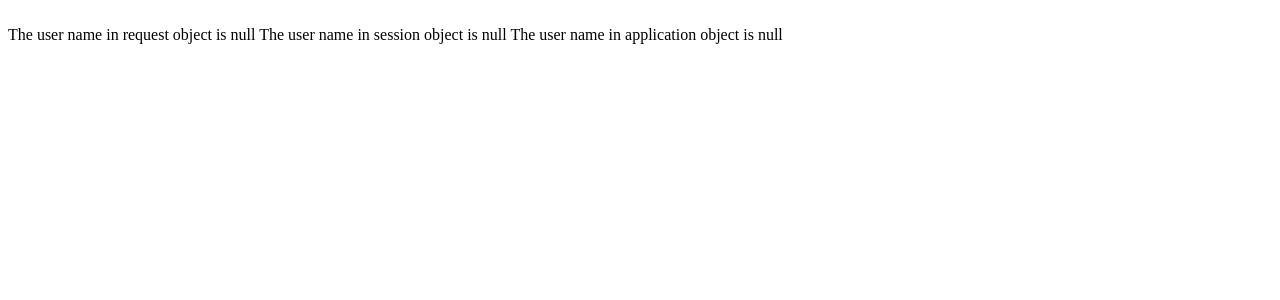
Repository: SriMerla/ServletsAndJsps
Page: http://localhost/SimpleServletProject/objects.jsp
The author's editor kept a copy of each file at every save. The page is drawn from the files as they stood at one save, then again after the next save.
The browser window is 1280 px wide. The pictures show the whole page.
The page is served by Tomcat 9.

Above is the page before, as saved 2020-01-25 18:32:06.

After the next save:
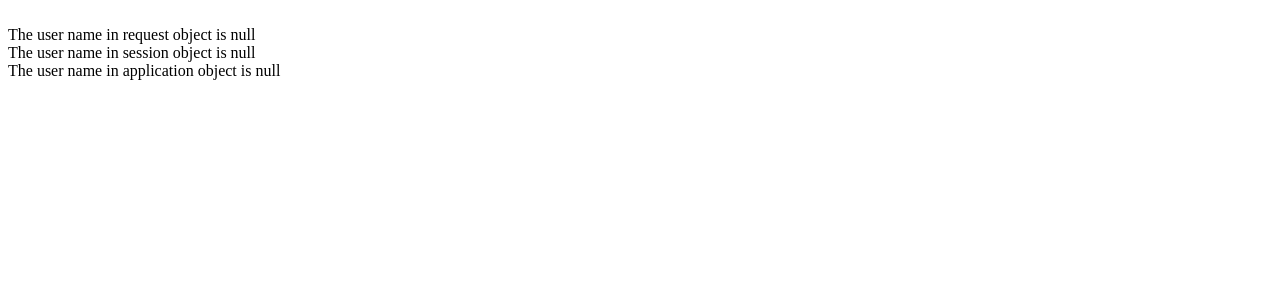
Saved 23 s later.
--- a/Servlets/SimpleServletProject/WebContent/objects.jsp
+++ b/Servlets/SimpleServletProject/WebContent/objects.jsp
@@ -17,8 +17,8 @@
     %>
 
     <br>
-      The user name in request object is  <%= userName %>
-      The user name in session object is  <%= session.getAttribute("sessionUserName")%>
+      The user name in request object is  <%= userName %> <br>
+      The user name in session object is  <%= session.getAttribute("sessionUserName")%>  <br>
       The user name in application object is <%= application.getAttribute("applicationUserName") %>
 
 </body>
